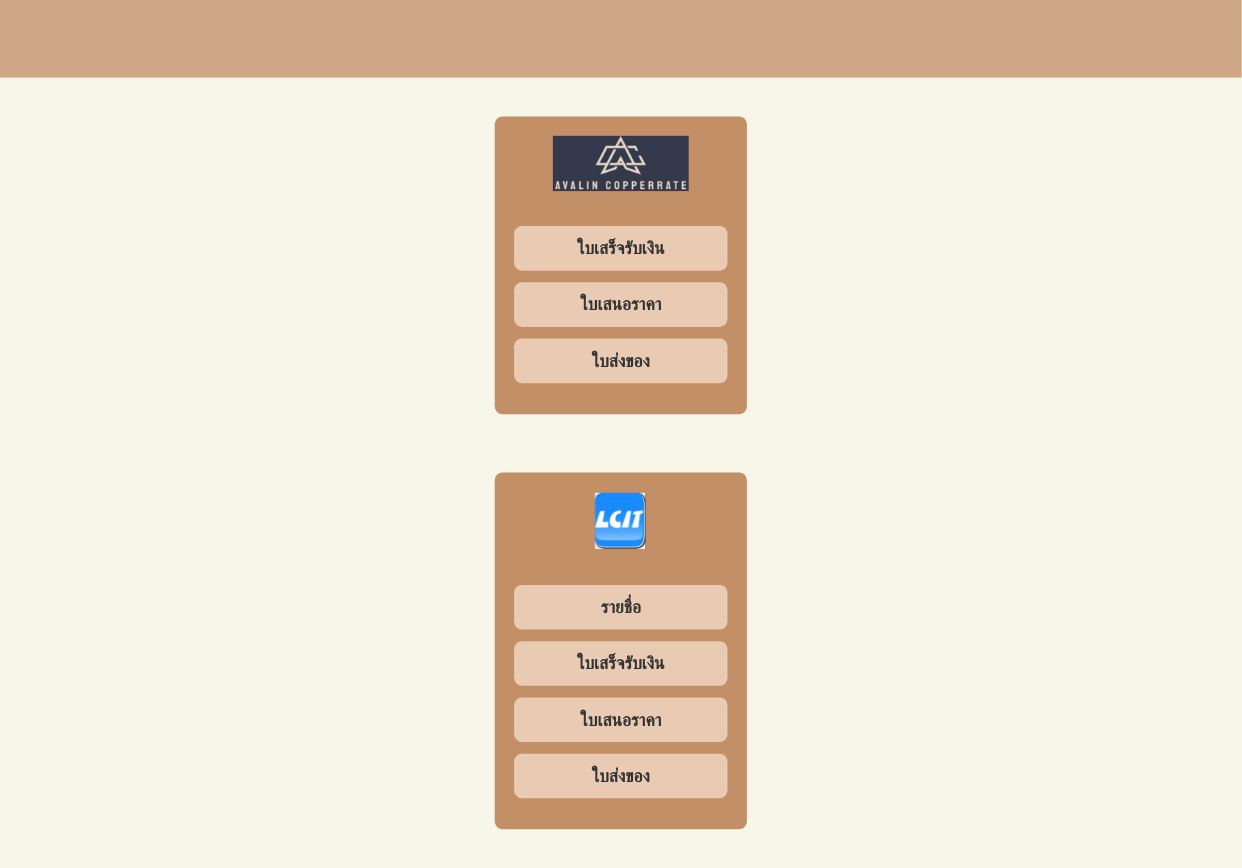
Repository: Hermesmercury88/shop_it
Page: index.html
The author's editor kept a copy of each file at every save. The page is drawn from the files as they stood at one save, then again after the next save.
The browser window is 1280 px wide. The pictures show the whole page, at 97% of full size.

Above is the page before, as saved 2025-09-22 22:40:04.

After the next save:
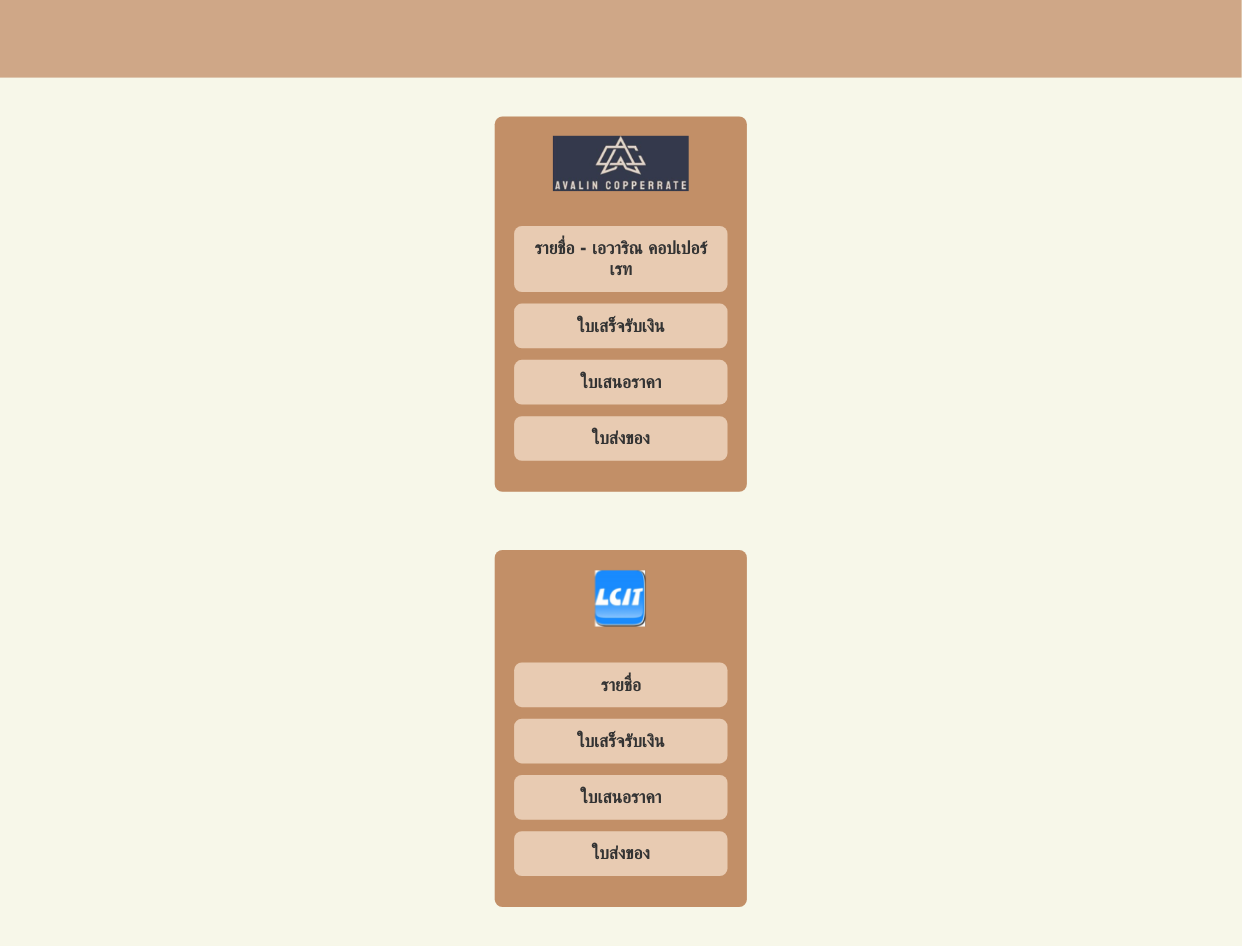
Saved 9 s later.
--- a/index.html
+++ b/index.html
@@ -17,6 +17,7 @@
     <!-- Avalin Copperrate -->
     <div class="card">
       <img src="pic/logo.png" alt="Avalin Logo">
+      <a href="http://localhost/shop/list/all_quotations1.php" class="btn">รายชื่อ - เอวาริณ คอปเปอร์เรท</a>
       <a href="receipts1.html" class="btn">ใบเสร็จรับเงิน</a>
       <a href="quotations1.html" class="btn">ใบเสนอราคา</a>
       <a href="delivery1.html" class="btn">ใบส่งของ</a>
